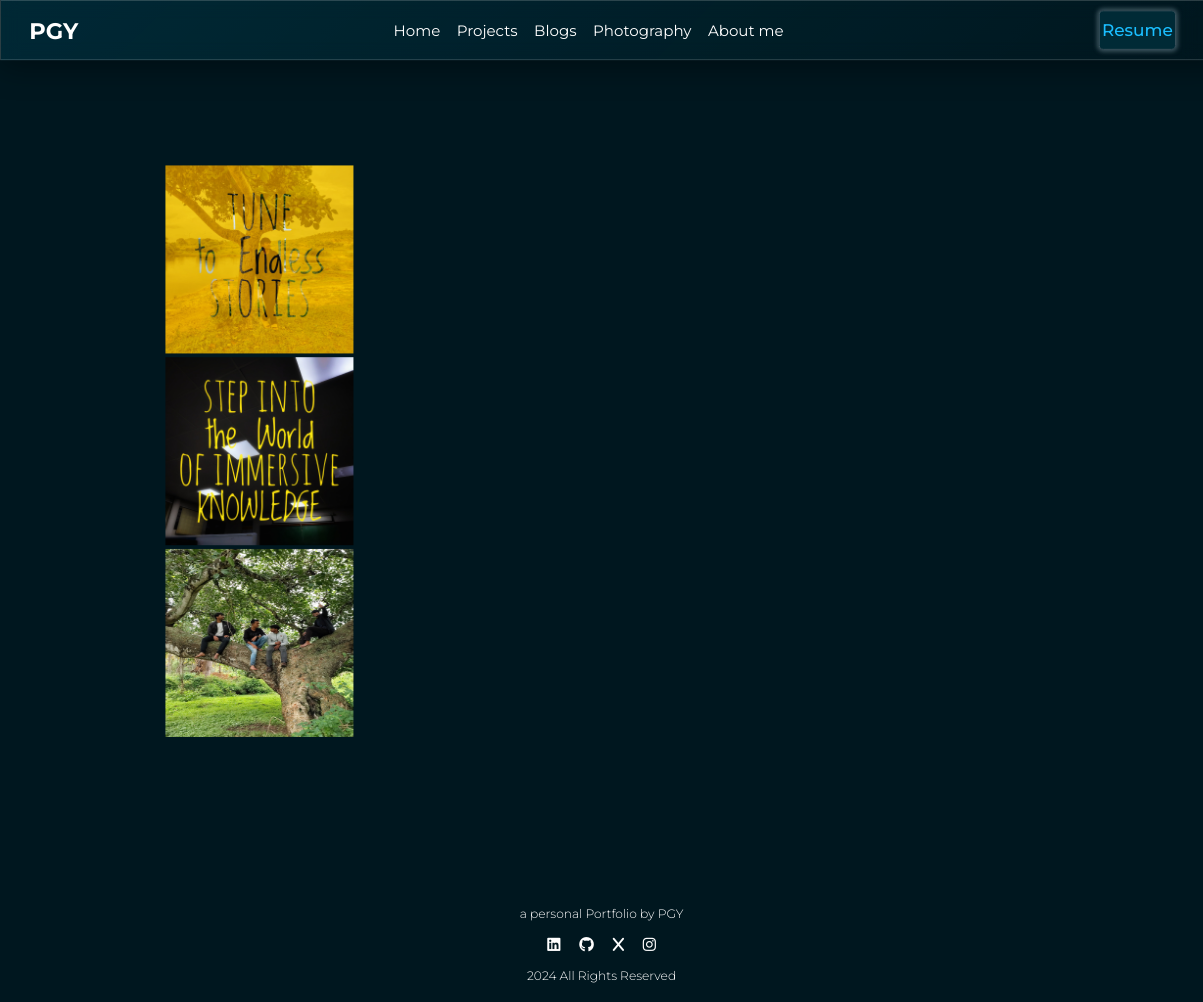
Repository: pgyunknown/pgyunknown
Page: photography.html
These files come from the project's save history. The page is drawn as it stood at one moment and after the next save; the edit follows.
The browser window is 1280 px wide. The pictures show the whole page, at 94% of full size.
Some web libraries are served in a nearby version.

Above is the page before, as saved 2024-08-22 10:59:11.

### photography.html
<!DOCTYPE html>
<html lang="en">
<head>
    <meta charset="UTF-8">
    <meta name="viewport" content="width=device-width, initial-scale=1.0">
    <title>Personal portfolio</title>
    <link rel="stylesheet" href="photography.css">
    <link rel="preconnect" href="https://fonts.googleapis.com">
<link rel="preconnect" href="https://fonts.gstatic.com" crossorigin>
<link href="https://fonts.googleapis.com/css2?family=Libre+Baskerville:ital,wght@0,400;0,700;1,400&family=Montserrat:ital,wght@0,100..900;1,100..900&family=Titillium+Web:ital,wght@0,200;0,300;0,400;0,600;0,700;0,900;1,200;1,300;1,400;1,600;1,700&display=swap" rel="stylesheet">
<link rel="stylesheet" href="https://cdnjs.cloudflare.com/ajax/libs/font-awesome/6.6.0/css/all.min.css" integrity="sha512-Kc323vGBEqzTmouAECnVceyQqyqdsSiqLQISBL29aUW4U/M7pSPA/gEUZQqv1cwx4OnYxTxve5UMg5GT6L4JJg==" crossorigin="anonymous" referrerpolicy="no-referrer" />
</head>
<body>

    <header>
        <div class="pgy_con">
                <div class="pgy"><a href="#">PGY</a></div>
        </div>
        <nav>
                <div class="nav_bar">
                <a href="#" id="home">Home</a>
                <a href="#"id="projects">Projects</a>
                <a href="blog.html"id="blogs">Blogs</a>
                <a href="#"id="photo">Photography</a>
                <a href="#"id="About">About me</a>
                </div>
            </nav>
        <div class="resume_con">
                <button onclick="alert('Resume yet to be uploaded')">Resume</button>
        </div>
    </header>
<main>
      <div class="Box">
        <div class="container">
            <img src="imgs/personal.jpg" alt="Image 1">
            <div class="overlay">Text for Image 1</div>
        </div>
        <div class="container">
            <img src="imgs/professional.jpg" alt="Image 2">
            <div class="overlay">Text for Image 2</div>
        </div>
        <div class="container">
            <img src="imgs/WhatsApp Image 2024-08-16 at 18.34.26_5f8bc427.jpg" alt="Image 3">
            <div class="overlay">Text for Image 3</div>
        </div>
    </div>

</div>
</main>

<footer>
        <div class="footer_port">a personal Portfolio by PGY</div>
        <div class="footer_icons">
            <a href="https://www.linkedin.com/in/p-gokul-yadav-82548a295?utm_source=share&utm_campaign=share_via&utm_content=profile&utm_medium=android_app" alt="Gokul's linkedin profile" target="_blank"><i class="fa-brands fa-linkedin"></i></a>
            <a href="https://github.com/pgyunknown" alt="Gokul Github profile" target="_blank" alt="Gokul's Github profile" ><i class="fa-brands fa-github"></i></a>
            <a href=" https://x.com/cody_hunk?t=EkARfGCWhhBT_BHbby4DGw&s=08 " target="_blank" alt="Gokul's X profile" ><i class="fa-brands fa-x" ></i></a>
            <a href="#" target="_blank" alt="Gokul's fa-instagram profile" ><i class="fa-brands fa-instagram" ></i></a>
        </div>
        <div class="copyrights">2024 All Rights Reserved</div>
    </footer>
</body>
</html>

### photography.css
*{margin: 0px;
    padding: 0px;
}
body{
    background-color: #00171F;
    color: white;
    box-sizing: border-box;


}
a{
    text-decoration: none;
    color: inherit;
}

header{
    display: flex;
    justify-content: space-between;
    align-items: center;
    padding: 10px;
    /* Glassy effect */
    background: linear-gradient(135deg, rgba(0, 200, 255, 0.1), rgba(255, 255, 255, 0));
    backdrop-filter: blur(10px);
    -webkit-backdrop-filter: blur(10px);
    border:1px solid rgba(255, 255, 255, 0.18);
    box-shadow: 0 8px 32px 0 rgba(0, 0, 0, 0.37);

    overflow: hidden;
    position: fixed; /* Set the navbar to fixed position */
    top: 0; /* Position the navbar at the top of the page */
    width: 100%;
}

.pgy_con
{
    margin-left: 20px;
    font-family: "Montserrat", sans-serif;
    font-optical-sizing: auto;
    font-size: x-large;
    font-weight: 700;
    font-style: normal;
    align-items: end;

}

.pgy_con .pgy a{
    text-decoration: none;
}
.nav_bar {
        /* height: 50px; */
    width: 500px;
    display: flex;
    justify-content: space-evenly;

    transition-property: all;
    transition-timing-function: ease-in-out;
    transition-delay: 1s;


}

.nav_bar a{
    box-sizing: border-box;
    font-family: "Montserrat", sans-serif;
    font-optical-sizing: auto;
    font-weight: 400;
    font-style: normal
    text-decoration: none;
    justify-content: space-around;
    align-items: center;
    padding-top:10px;
    padding-bottom :10px;
    /* padding-right:10px ;
    padding-left:10px ; */
}

.nav_bar a:hover{
    color: #FFC107;
    text-shadow: #FFC107 0px 0px  1px;
    border-bottom: 0.5px solid #FFC107;


}


.resume_con {
    display: flex;
    justify-content: center;
    margin-right: 20px;
    background-color: #00171F;
    margin-right: 40px;
}
.resume_con button{
    background-color:rgba(0, 200, 255, 0.1);
    box-sizing: content-box;
    height: 2.5rem;
    width: 5rem;
    font-family: "Montserrat", sans-serif;
    font-optical-sizing: auto;
    font-size: large;
    font-weight: 500;
    font-style: normal;
    color: #1ABEFF;
    border: 0.0001px solid #3c555f;
    border-radius: 0.3rem;
    box-shadow: 0px 0px 5px 2px #3c555f;

}

.box .container{

    display: flex;
    flex-direction: row;
}

\

    position: relative;
    margin: 10px;
}

.container img {
    width: 300px;
    height: 200px;
    display: block;
}

.overlay {
    position: absolute;
    bottom: 0;
    left: 0;
    right: 0;
    background-color: rgba(0, 0, 0, 0.6);
    color: white;
    text-align: center;
    padding: 10px;
    opacity: 0;
    transition: opacity 0.5s ease;
}

.container:hover .overlay {
    opacity: 1;
}



footer{
    display: flex;
    flex-direction:column;
    justify-content: space-evenly;
    align-items: center;
    margin-bottom: 20px;

    font-family: "Montserrat", sans-serif;
    font-optical-sizing: auto;
    font-size: small;
    font-weight: 300;
    font-style: normal;
}

.footer_icons{
    display: flex;
    justify-content: center;
    align-items: center;
    width: 50px;
    height: 50px;
}



.copyrights{
    display: flex;
    justify-content: center;
    align-items: center;
}

.footer_icons a{
font-size: medium;
padding: 10px;
width: 50px;
height: 50px;
display: flex;
justify-content: center;
align-items: center;

}

@media (min-width:720px) {
    main {
        flex-direction: row;
        padding: 1rem;
        margin: 10rem;
    }

    .container img {
        height: 200px;
        width: 200px;
    }

    .text_intro {
        margin-left: 50px;
    }

    .nav_bar {
        width: 450px;
    }
}

After the next save:
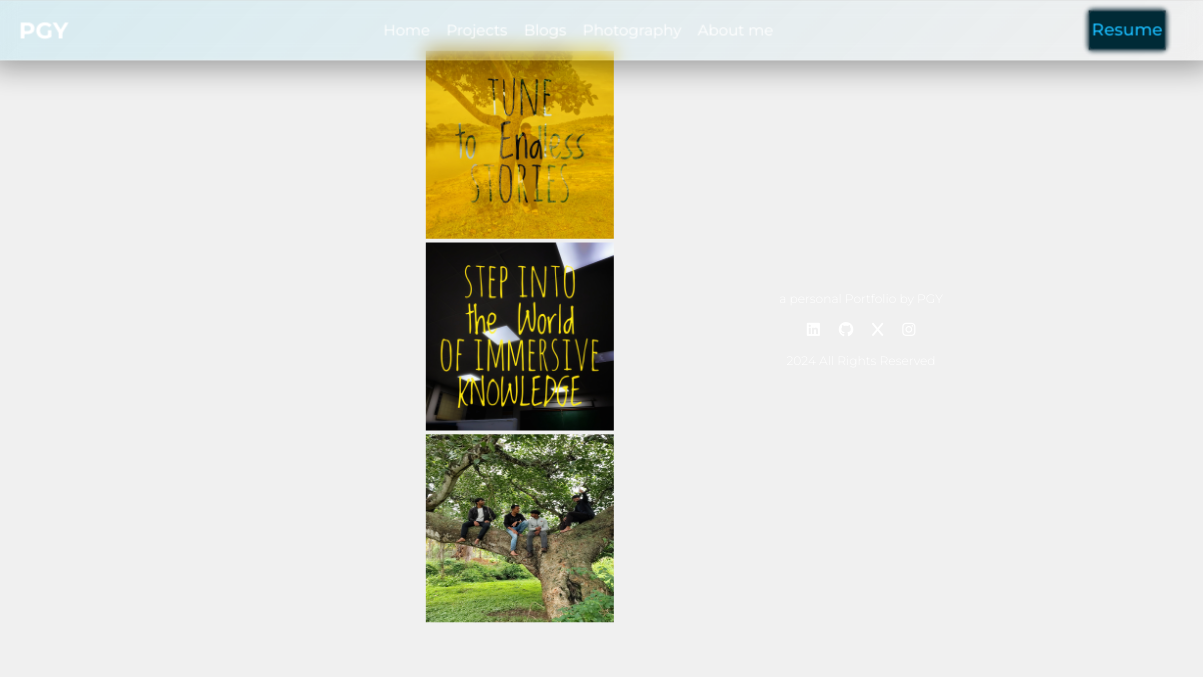
Saved 13 s later.
--- a/photography.css
+++ b/photography.css
@@ -106,39 +106,53 @@ header{
     box-shadow: 0px 0px 5px 2px #3c555f;
 
 }
-
-.box .container{
-
-    display: flex;
-    flex-direction: row;
-}
-
-\
-
+body {
+    margin: 0;
+    padding: 0;
+    display: flex;
+    justify-content: center;
+    align-items: center;
+    height: 100vh;
+    background-color: #f0f0f0;
+}
+
+.image-container {
+    display: flex;
+    flex-direction: column;
+    gap: 20px;
+}
+
+.image-wrapper {
     position: relative;
-    margin: 10px;
-}
-
-.container img {
     width: 300px;
     height: 200px;
-    display: block;
+}
+
+.image-wrapper img {
+    width: 100%;
+    height: 100%;
+    object-fit: cover;
+    border-radius: 8px;
 }
 
 .overlay {
     position: absolute;
-    bottom: 0;
+    top: 0;
     left: 0;
-    right: 0;
+    width: 100%;
+    height: 100%;
+    display: flex;
+    justify-content: center;
+    align-items: center;
     background-color: rgba(0, 0, 0, 0.6);
-    color: white;
-    text-align: center;
-    padding: 10px;
+    color: #fff;
+    font-size: 20px;
     opacity: 0;
-    transition: opacity 0.5s ease;
-}
-
-.container:hover .overlay {
+    transition: opacity 0.3s ease;
+    border-radius: 8px;
+}
+
+.image-wrapper:hover .overlay {
     opacity: 1;
 }
 
